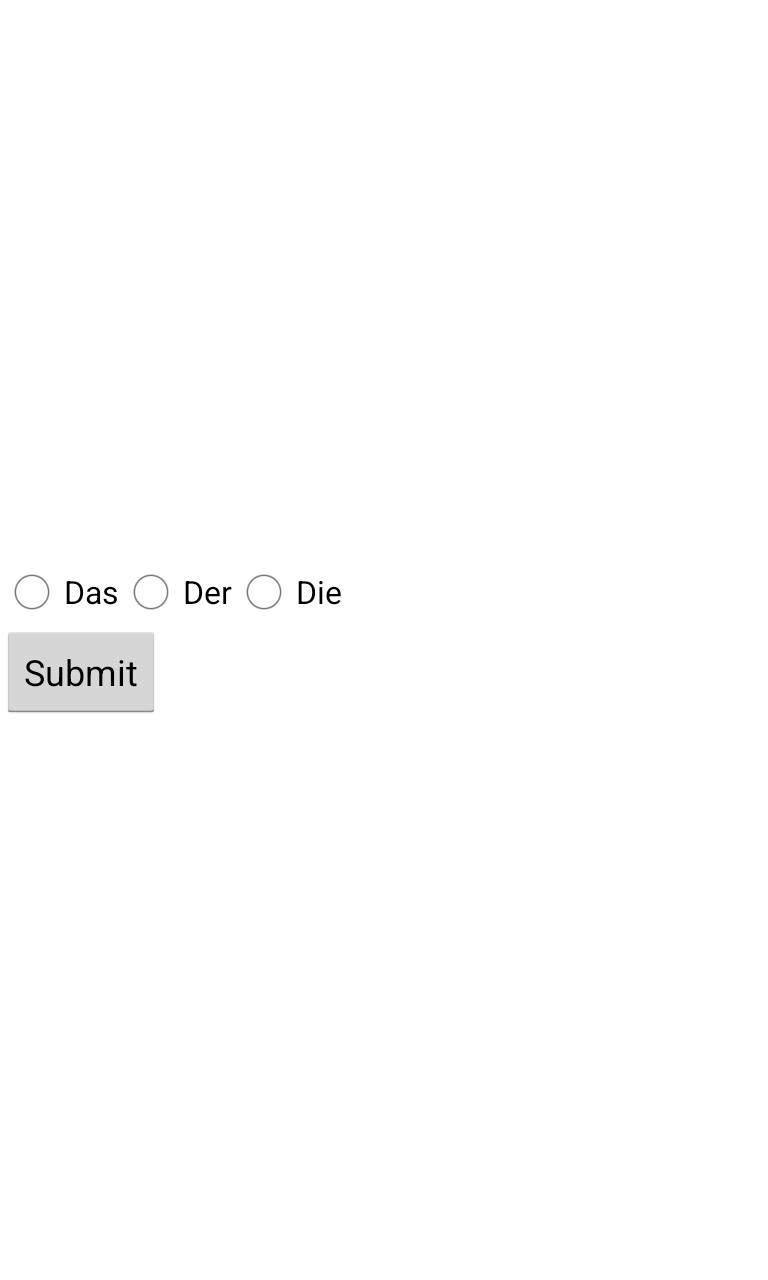
Repository: sam-stewart/in721
Layout: Eclipse/GenderLearning/res/layout/fragment_quizquestion.xml
The author's editor kept a copy of each file at every save. The layout is drawn from the files as they stood at one save, then again after the next save.
It is drawn on a 768 x 1280 px phone screen (xhdpi) without system bars, with theme AppTheme; the app's code is not run.

Above is the layout before, as saved 2015-03-02 23:38:18.

After the next save:
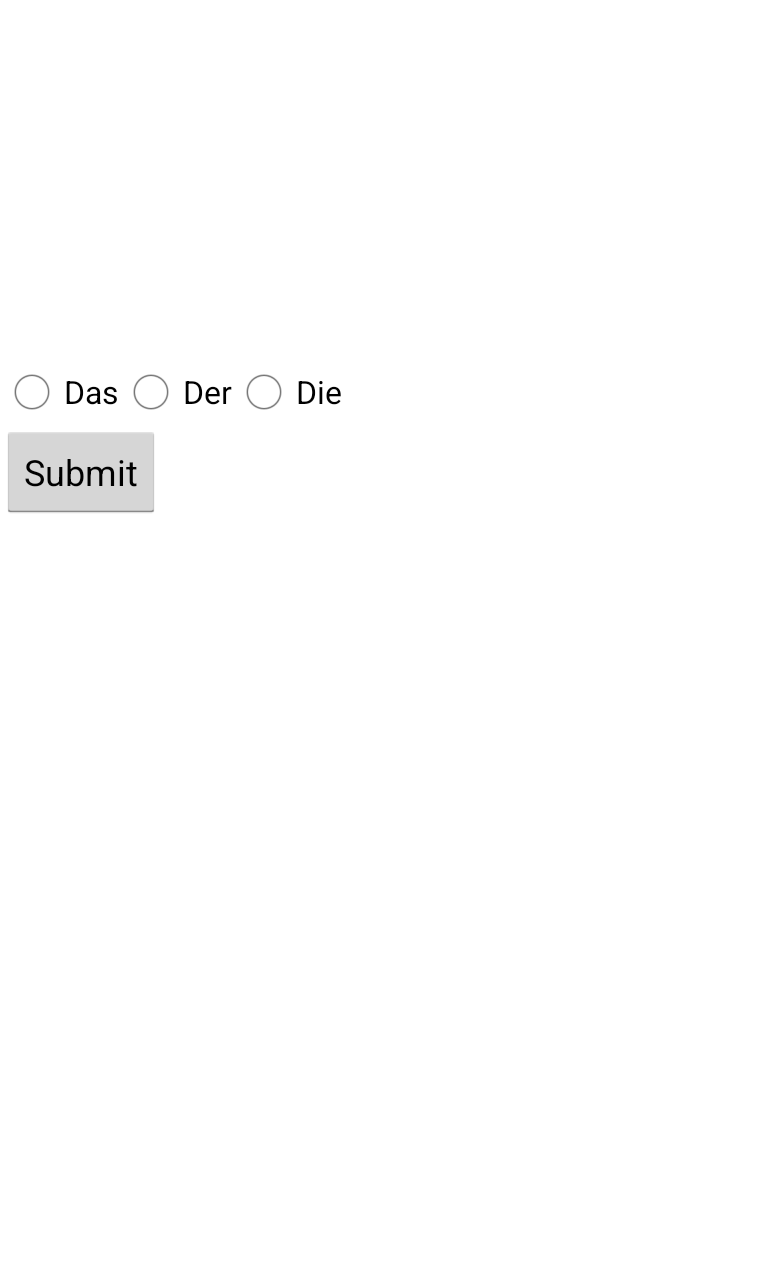
Saved 110 s later.
--- a/Eclipse/GenderLearning/res/layout/fragment_quizquestion.xml
+++ b/Eclipse/GenderLearning/res/layout/fragment_quizquestion.xml
@@ -5,8 +5,8 @@
     android:orientation="vertical" >
 
 	<ImageView
-        android:layout_width="match_parent"
-        android:layout_height="200dp"
+        android:layout_width="100dp"
+        android:layout_height="100dp"
         android:layout_margin="40dp"
         android:id="@+id/imageView1"
         android:minHeight="250dp"
